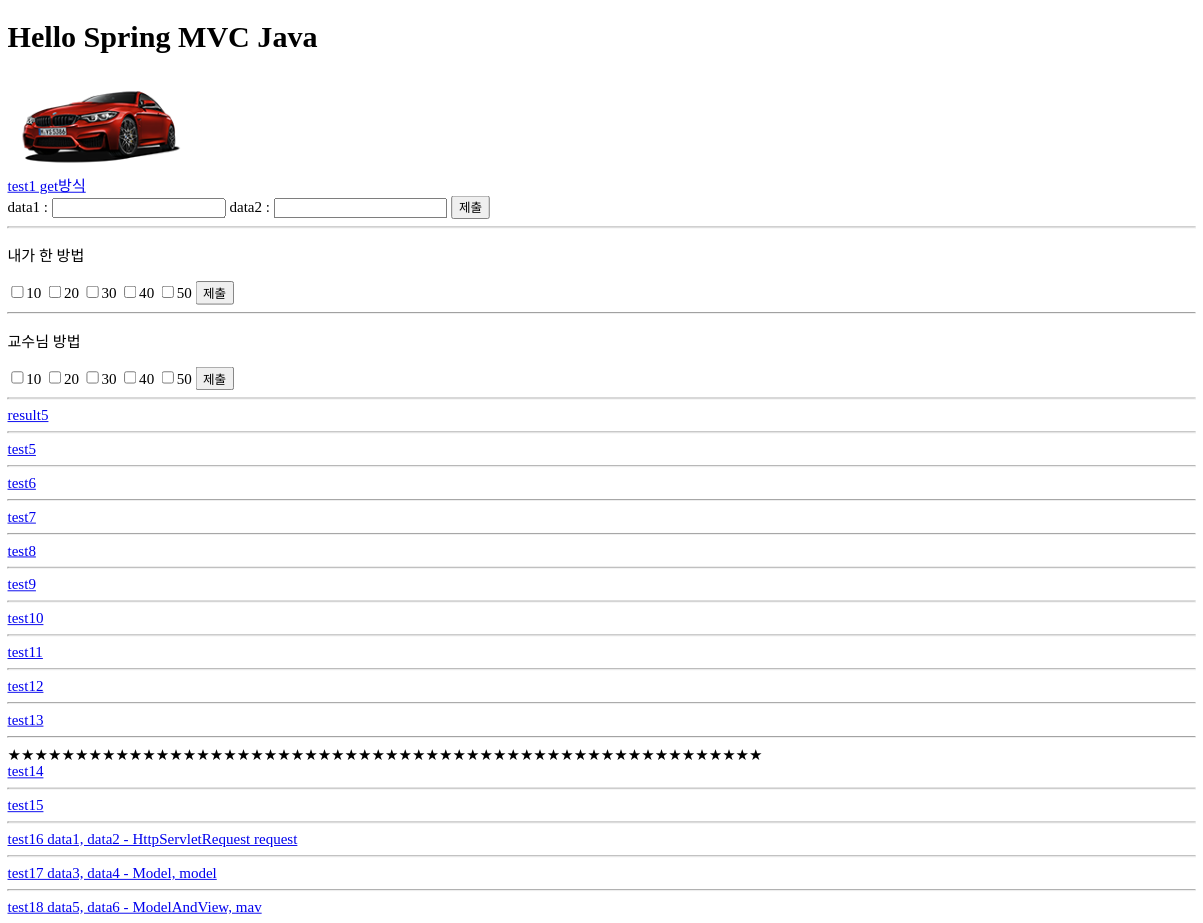
Repository: kangseongwuk/Spring
Page: http://localhost/WebSpringSample3_parameter/WEB-INF/views/index.jsp
The author's editor kept a copy of each file at every save. The page is drawn from the files as they stood at one save, then again after the next save.
The browser window is 1280 px wide. The pictures show the whole page, at 94% of full size.
The page is served by Tomcat 9. Nobody is signed in. The template is opened directly, without the code that normally fills it, so the values that code supplies are empty.

Above is the page before, as saved 2022-10-11 08:46:42.
Console error: TypeError: Cannot read properties of null (reading 'checked')

After the next save:
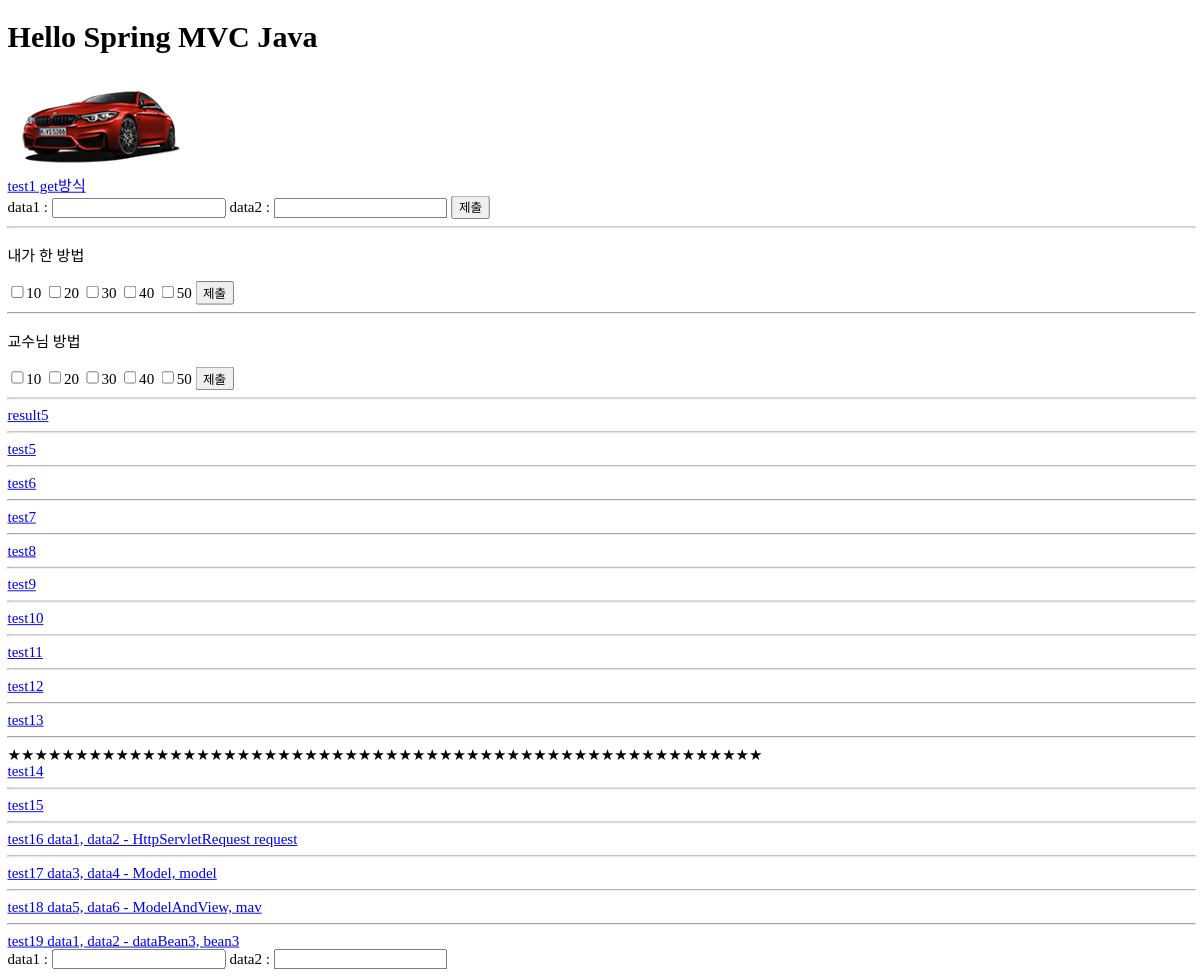
Saved 103 s later.
--- a/WebSpringSample3_parameter/src/main/webapp/WEB-INF/views/index.jsp
+++ b/WebSpringSample3_parameter/src/main/webapp/WEB-INF/views/index.jsp
@@ -90,6 +90,12 @@
 	<a href="test17">test17 data3, data4 - Model, model</a>
 	<hr>
 	<a href="test18">test18 data5, data6 - ModelAndView, mav</a>
+	<hr>
+	<a href="test19">test19 data1, data2 - dataBean3, bean3</a>
+	<form action = "test19" method="post">
+		<label>data1 : <input type="text" name="data1"/></label>
+		<label>data2 : <input type="text" name="data2"/></label>
+	</form>
 
 
 
